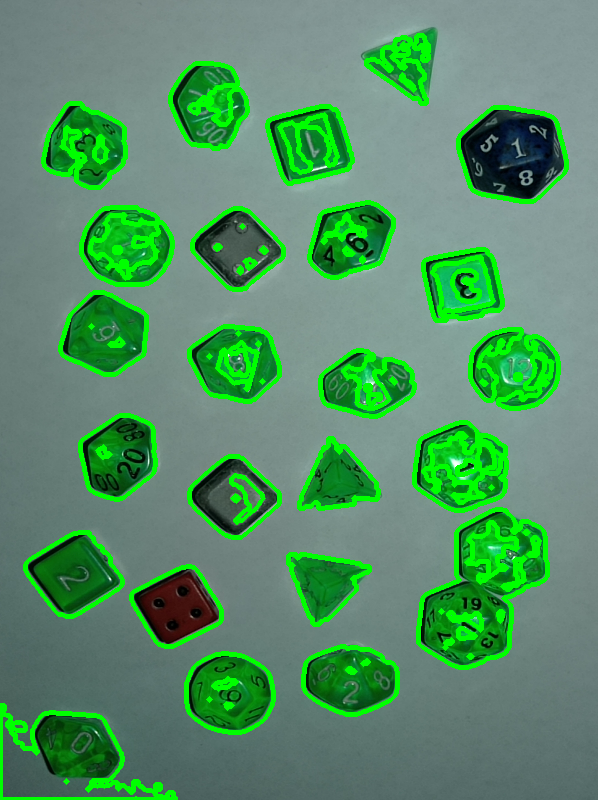
Repository: kaiofbgarcia/OpenCV
Script's output: python dados.py
The author's editor kept a copy of each file at every save. The script's output is drawn from the files as they stood at one save, then again after the next save.
Random numbers start from a fixed seed. It also reads Dados/imgDados/dados4.jpg.

Above is the script's output before, as saved 2022-06-28 20:22:57.

After the next save:
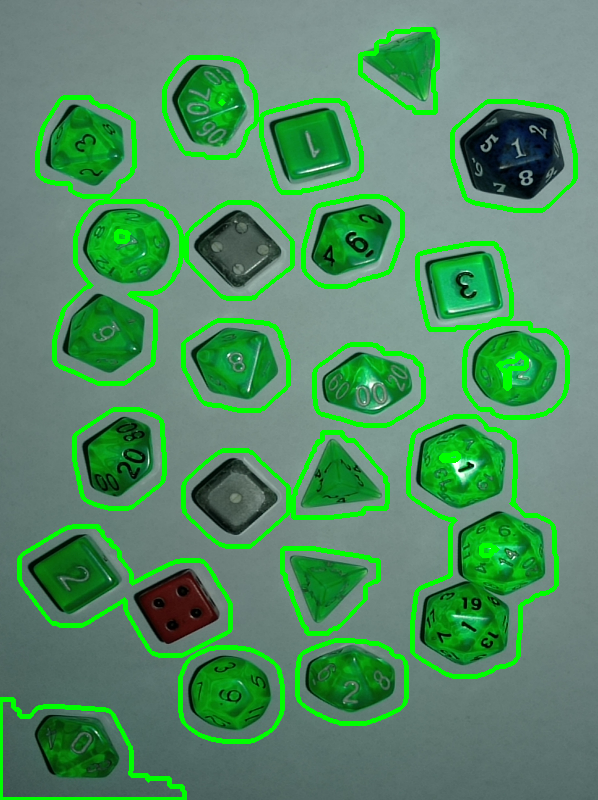
Saved 9 s later.
--- a/dados.py
+++ b/dados.py
@@ -13,7 +13,7 @@ ret,binary = cv2.threshold(gray , 85 ,255, cv2.THRESH_BINARY)         # Binariza
 ret1,binary1 = cv2.threshold(binary,127,255,cv2.THRESH_BINARY_INV)   # Inverter a Binarização
 
 kernel = np.ones((6,6), np.uint8)
-dilation = cv2.dilate(binary1, kernel, iterations=1)   # Dilatar ####################
+dilation = cv2.dilate(binary1, kernel, iterations=4)   # Dilatar ####################
 #erodion = cv2.erode(dilation, kernel, iterations=5)
 
 contours, hierarchy = cv2.findContours(dilation, cv2.RETR_TREE, cv2.CHAIN_APPROX_SIMPLE) # Procura os Objetos
